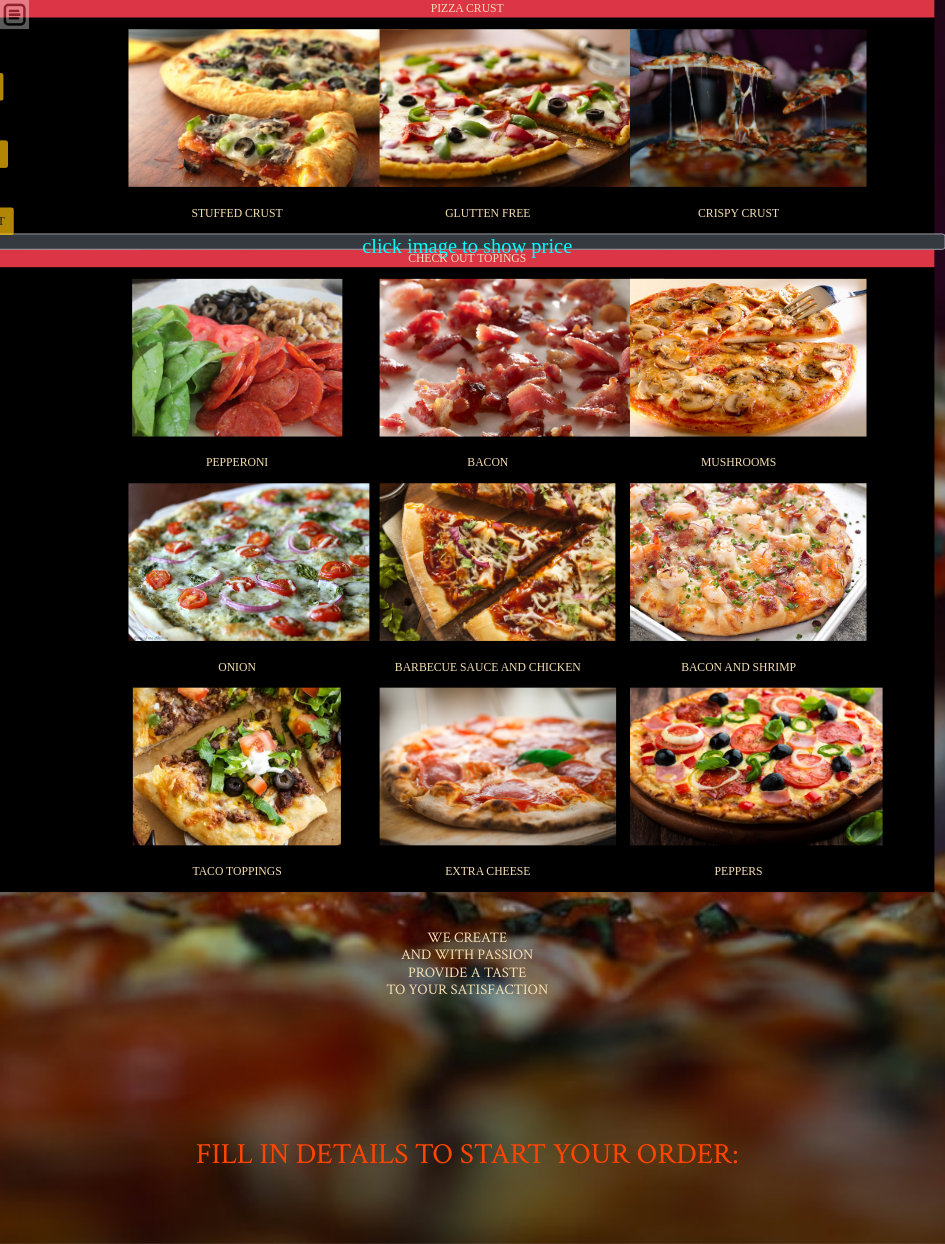
Repository: alexmwaura/MOREO--PIZZA-IP4
Page: mine.html
The author's editor kept a copy of each file at every save. The page is drawn from the files as they stood at one save, then again after a run of saves.
The browser window is 1280 px wide. The page is 1295 px wide, so the pictures cover 1295 px, including what lies to the right of the window. The pictures show the whole page, at 73% of full size.
Some web fonts or font styles are not loaded; a fallback is used.

Above is the page before, as saved 2019-09-01 14:29:06.

### mine.html
<!DOCTYPE html>
<html lang="en">

<head>
    <meta charset="UTF-8">
    <meta name="viewport" content="width=device-width, initial-scale=1.0">
    <meta http-equiv="X-UA-Compatible" content="ie=edge">

    <title> MOREO RESTAURANT</title>

    <link href="https://fonts.googleapis.com/css?family=Kaushan+Script&display=swap" rel="stylesheet">
    <link href="https://fonts.googleapis.com/css?family=Pacifico|Rancho&display=swap" rel="stylesheet">
    <link href="https://fonts.googleapis.com/css?family=Crimson+Text&display=swap" rel="stylesheet">

    <link rel="stylesheet" href="./CSS/bootstrap.css">
    <link rel="stylesheet" href="./CSS/styles.css">
    <script src="./SCRIPTS/jquery-3.4.1.js"></script>
    <script src="./SCRIPTS/scripts.js"></script>
</head>

<body>
    <nav>
        <a href="#" class="nav-toggle-btn bg-success"></a>
        <ul>
            <li><a href="./index.html" class="btn bg-warning" style="margin-left: -14%">HOME</a></li><br><br>
            <li><a href="#pizza" class="btn bg-warning" style="margin-left: -15%">ORDER</a></li><br><br>
            <li><a href="#nav" class="btn bg-warning" style="margin-left: -35%">CONTACT</a></li>
        </ul>
    </nav>

    <div class="content">


        <div class="address">
            <div class="">

                <div class="bg-danger" id="pizza-crust">
                    <p>PIZZA CRUST</p>

                </div>

                <div class="row">

                    &nbsp;&nbsp;&nbsp;&nbsp;&nbsp;&nbsp;&nbsp;&nbsp;&nbsp;&nbsp;&nbsp;&nbsp;&nbsp;&nbsp;&nbsp;&nbsp;&nbsp;&nbsp;&nbsp;&nbsp;&nbsp;&nbsp;&nbsp;&nbsp;&nbsp;&nbsp;&nbsp;&nbsp;&nbsp;&nbsp;&nbsp;&nbsp;&nbsp;&nbsp;&nbsp;&nbsp;&nbsp;&nbsp;&nbsp;&nbsp;&nbsp;&nbsp;&nbsp;&nbsp;

                    <div class="col-lg-3 col-md-3 col-sm-3">
                        <div id="work1">
                            <img src="./IMAGES/staffedcrust.jpg" alt="" class="img-fluid-1"><br><br>

                            <div class="overlay">
                                <div class="line">
                                    <p class="trial1">STUFFED CRUST</p>
                                    <p class="p1">
                                        <h5 class="p1"><strong> PRICE: <br>
                                            <em>SMALL; KSH 100</em><br>
                                            <em>MEDIUM; KSH 150</em><br>
                                            <em>LARGE; KSH 200</em>
                                        </strong></h5>
                                    </p>

                                </div>

                            </div>

                        </div>



                    </div>
                    &nbsp;&nbsp;&nbsp;&nbsp;

                    <div class="col-lg-3 col-md-3 col-sm-3">
                        <div id="work2">
                            <img src="./IMAGES/gluttenfree.jpg" alt="" class="img-fluid-2"><br><br>

                            <div class="overlay">
                                <div class="line">
                                    <p class="trial2">GLUTTEN FREE </p>


                                </div>

                            </div>

                        </div>

                    </div>

                    &nbsp;&nbsp;&nbsp;&nbsp;


                    <div class="col-lg-3 col-md-3 col-sm-3">
                        <div id="work3">
                            <img src="./IMAGES/1.jpeg" alt="" class="img-fluid-3 "><br><br>

                            <div class="overlay">
                                <div class="line">
                                    <p class="trial3">CRISPY CRUST</p>

                                </div>

                            </div>

                        </div>

                    </div>

                    <div class="form-control custom-range bg-dark">
                        <h3 style="color: aqua" style="font-size: 10vh"> click image to show price</h3>
                    </div>


                </div>

            </div>

        </div>



        <div class="dance">

            <div class="">

                <div class="bg-danger" id="pizza-toppings">
                    <p>CHECK OUT TOPINGS</p>

                </div>

                <div class="row">

                    &nbsp;&nbsp;&nbsp;&nbsp;&nbsp;&nbsp;&nbsp;&nbsp;&nbsp;&nbsp;&nbsp;&nbsp;&nbsp;&nbsp;&nbsp;&nbsp;&nbsp;&nbsp;&nbsp;&nbsp;&nbsp;&nbsp;&nbsp;&nbsp;&nbsp;&nbsp;&nbsp;&nbsp;&nbsp;&nbsp;&nbsp;&nbsp;&nbsp;&nbsp;&nbsp;&nbsp;&nbsp;&nbsp;&nbsp;&nbsp;&nbsp;&nbsp;&nbsp;&nbsp;

                    <div class="col-lg-3 col-md-3 col-sm-3">
                        <div id="work4">
                            <img src="./IMAGES/pepporoni.jpg" alt="" class="img-fluid-4"><br><br>

                            <div class="overlay">
                                <div class="line">
                                    <p class="trial4">PEPPERONI</p>

                                </div>

                            </div>

                        </div>

                    </div>




                    &nbsp;&nbsp;&nbsp;&nbsp;


                    <div class="col-lg-3 col-md-3 col-sm-3">
                        <div id="work5">
                            <img src="./IMAGES/bacon.jpg" alt="" class="img-fluid-5"><br><br>

                            <div class="overlay">
                                <div class="line">
                                    <p class="trial5">BACON </p>

                                </div>

                            </div>

                        </div>

                    </div>

                    &nbsp;&nbsp;&nbsp;&nbsp;


                    <div class="col-lg-3 col-md-3 col-sm-3">
                        <div id="work6">
                            <img src="./IMAGES/mushroom2.jpg" alt="" class="img-fluid-6"><br><br>

                            <div class="overlay">
                                <div class="line">
                                    <p class="trial6">MUSHROOMS</p>

                                </div>

                            </div>

                        </div>

                    </div>



                </div>

                <div class="row">

                    &nbsp;&nbsp;&nbsp;&nbsp;&nbsp;&nbsp;&nbsp;&nbsp;&nbsp;&nbsp;&nbsp;&nbsp;&nbsp;&nbsp;&nbsp;&nbsp;&nbsp;&nbsp;&nbsp;&nbsp;&nbsp;&nbsp;&nbsp;&nbsp;&nbsp;&nbsp;&nbsp;&nbsp;&nbsp;&nbsp;&nbsp;&nbsp;&nbsp;&nbsp;&nbsp;&nbsp;&nbsp;&nbsp;&nbsp;&nbsp;&nbsp;&nbsp;&nbsp;&nbsp;

                    <div class="col-lg-3 col-md-3 col-sm-3">
                        <div id="work7">
                            <img src="./IMAGES/onions.jpg" alt="" class="img-fluid-7"><br><br>

                            <div class="overlay">
                                <div class="line">
                                    <p class="trial4">ONION</p>

                                </div>

                            </div>

                        </div>

                    </div>




                    &nbsp;&nbsp;&nbsp;&nbsp;


                    <div class="col-lg-3 col-md-3 col-sm-3">
                        <div id="work8">
                            <img src="./IMAGES/barbecue.jpg" alt="" class="img-fluid-8"><br><br>

                            <div class="overlay">
                                <div class="line">
                                    <p class="trial5">BARBECUE SAUCE AND CHICKEN </p>

                                </div>

                            </div>

                        </div>

                    </div>

                    &nbsp;&nbsp;&nbsp;&nbsp;


                    <div class="col-lg-3 col-md-3 col-sm-3">
                        <div id="work9">
                            <img src="./IMAGES/shrimp.jpg" alt="" class="img-fluid-9"><br><br>

                            <div class="overlay">
                                <div class="line">
                                    <p class="trial6">BACON AND SHRIMP</p>

                                </div>

                            </div>

                        </div>

                    </div>



                </div>


                <div class="row">

                    &nbsp;&nbsp;&nbsp;&nbsp;&nbsp;&nbsp;&nbsp;&nbsp;&nbsp;&nbsp;&nbsp;&nbsp;&nbsp;&nbsp;&nbsp;&nbsp;&nbsp;&nbsp;&nbsp;&nbsp;&nbsp;&nbsp;&nbsp;&nbsp;&nbsp;&nbsp;&nbsp;&nbsp;&nbsp;&nbsp;&nbsp;&nbsp;&nbsp;&nbsp;&nbsp;&nbsp;&nbsp;&nbsp;&nbsp;&nbsp;&nbsp;&nbsp;&nbsp;&nbsp;

                    <div class="col-lg-3 col-md-3 col-sm-3">
                        <div id="work10">
                            <img src="./IMAGES/taco.jpg" alt="" class="img-fluid-10"><br><br>

                            <div class="overlay">
                                <div class="line">
                                    <p class="trial4">TACO TOPPINGS</p>

                                </div>

                            </div>

                        </div>

                    </div>




                    &nbsp;&nbsp;&nbsp;&nbsp;


                    <div class="col-lg-3 col-md-3 col-sm-3">
                        <div id="work11">
                            <img src="./IMAGES/cheese 2.jpg" alt="" class="img-fluid-11"><br><br>

                            <div class="overlay">
                                <div class="line">
                                    <p class="trial5">EXTRA CHEESE </p>

                                </div>

                            </div>

                        </div>

                    </div>

                    &nbsp;&nbsp;&nbsp;&nbsp;


                    <div class="col-lg-3 col-md-3 col-sm-3">
                        <div id="work12">
                            <img src="./IMAGES/pepper.jpg" alt="" class="img-fluid-12"><br><br>

                            <div class="overlay">
                                <div class="line">
                                    <p class="trial6">PEPPERS</p>

                                </div>

                            </div>

                        </div>

                    </div>



                </div>


            </div>





        </div>

        <div id="trial">


            <div id="pizza">
                <h2 class="pizza">WE CREATE <br>AND WITH PASSION <br> PROVIDE A TASTE <br> TO YOUR SATISFACTION</h2>
                <br><br>
                <h1>FILL IN DETAILS TO START YOUR ORDER:</h1>


            </div><br><br>



        </div>








    </div>
















</body>

### CSS/styles.css

body{
    background-image: url("../IMAGES/1.jpeg");
    background-repeat: no-repeat;
    background-size: cover;
    background-position: center;
    color: wheat;
    font-family: 'Pacifico', cursive;
    font-family: 'Rancho', cursive;
    margin: 0;
    padding: 0;

}
nav {
    position: fixed;
    z-index: 500;
    top: 0%;
    bottom: 0;
    width: 100px;
    background-image: url("../IMAGES/tukule.jpg");
    background-repeat: no-repeat;
    background-size: cover;
    background-position: center;
    transform: translate3d(-100px, 0, 0);
    transition: transform 0.4s ease;
    font-size: large;
    opacity: 0.7;
}
.active-nav nav{
    transform: translate3d(0, 0, 0)
}

nav ul {

    margin-top: 100px;
}
.nav-toggle-btn{

    position: absolute;
    left: 100px;
    width: 40px;
    height: 40px;
    background-image: url("../IMAGES/images.png");
    background-repeat: no-repeat;
    background-size: cover;
    background-position: center;
    top: 0;
    opacity: 0.5;
}
.content{
    padding: 0;
    margin: 0%;
    height: fit-content;
    text-align: center;
    text-align-last: fixed;
    transition: transform 0.4s ease;
}
.active-nav .content{
    transform: translate3d(200px, 0, 0);
}
.wcome{
    font-size: 100px;
}
.ret{
    font-size: 80px;
}
.home{

    position: absolute center;
    margin-top: -100px;
    padding: 0%;
}
h1{
    font-size: 40px;
    animation: bounce 3s infinite;
    color: orangered;
    margin-top: 10%;
    font-family: 'Crimson Text', serif;

}
@keyframes bounce {

    0%, 20%, 50%, 80%, 100%{
        transform: translateY(0);
    }
    40% {
        transform: translateY(-55px);
    }
    60% {
        transform: translateY(-45px);
    }

}
.to{
    font-size: 30px;
    animation: bounce 3s infinite;
    color: wheat;
    margin-top: -0.01%;
}
@keyframes bounce {

    0%, 20%, 50%, 80%, 100%{
        transform: translateY(0);
    }
    40% {
        transform: translateY(-55px);
    }
    60% {
        transform: translateY(-45px);
    }

}
.address{
    text-align: center;
    align-content: center;
    position: center;
    background: black;
    background-size: cover;
    background-position: center;

}
.dance{
    text-align: center;
    align-content: center;
    position: center;
    background: black;
    background-size: cover;
    background-position: center;

}
.img-fluid-1{
    height: 30vh;
    justify-content: space-around;

}
.img-fluid-2{
    height: 30vh;

}
.img-fluid-3{
    height: 30vh;

}
.img-fluid-4{
    height: 30vh;

}
.img-fluid-5{
    height: 30vh;

}
.img-fluid-6{
    height: 30vh;

}
.img-fluid-7{
    height: 30vh;

}
.img-fluid-8{
    height: 30vh;

}
.img-fluid-9{
    height: 30vh;

}
.img-fluid-10{
    height: 30vh;

}
.img-fluid-11{
    height: 30vh;

}
.img-fluid-12{
    height: 30vh;

}
.pizza{
    margin-top: 10px;
    font-family: 'Crimson Text', serif;
    font-size: 20PX;
}
#pizza{
    padding-top: 0%;
    margin: 0%;
    justify-content: flex-end;
}
#trial{
    padding-top: 40px;
    font-size: x-large;
}

/* #work1:hover img {
    transform: scale(0.5) ;
    transition: all 50s ease;
} */

#work2:hover img {
    transform: scale(1.2) ;
    transition: all 2s ease;
}
#work3:hover img {
    transform: scale(1.2) ;
    transition: all 2s ease;
}
#work4:hover img {
    transform: scale(1.2) ;
    transition: all 2s ease;
}

#work5:hover img {
    transform: scale(1.2) ;
    transition: all 2s ease;
}
#work6:hover img {
    transform: scale(1.2) ;
    transition: all 2s ease;
}
#work7:hover img {
    transform: scale(1.2) ;
    transition: all 2s ease;
}
#work8:hover img {
    transform: scale(1.2) ;
    transition: all 2s ease;
}
#work9:hover img {
    transform: scale(1.2) ;
    transition: all 2s ease;
}
#work10:hover img {
    transform: scale(1.2) ;
    transition: all 2s ease;
}
#work11:hover img {
    transform: scale(1.2) ;
    transition: all 2s ease;
}
#work12:hover img {
    transform: scale(1.2) ;
    transition: all 2s ease;
}
.p1{
    display: none;
}

### SCRIPTS/scripts.js
$(function () {
    var bodyEl = $('body'),
        navToggleBtn = bodyEl.find('.nav-toggle-btn');

    navToggleBtn.on('click', function () {
        bodyEl.toggleClass('active-nav');

        event.preventDefault();
    });
});
$(document).ready(function () {
    $("#work1").click(function () {
        $(".img-fluid-1").toggle(1000);
        $(".p1").toggle(1000);


    });
    // $("#development").click(function () {
    //     $(".img2").toggle(1000);
    //     $(".p2").toggle(1000);
    // });
    // $("#productmanagement").click(function () {
    //     $(".img3").toggle(1000);
    //     $(".p3").toggle(1000);
    // });

});

Loaded but not shown: CSS/bootstrap.css (library); SCRIPTS/jquery-3.4.1.js (library)

After the next 2 saves:
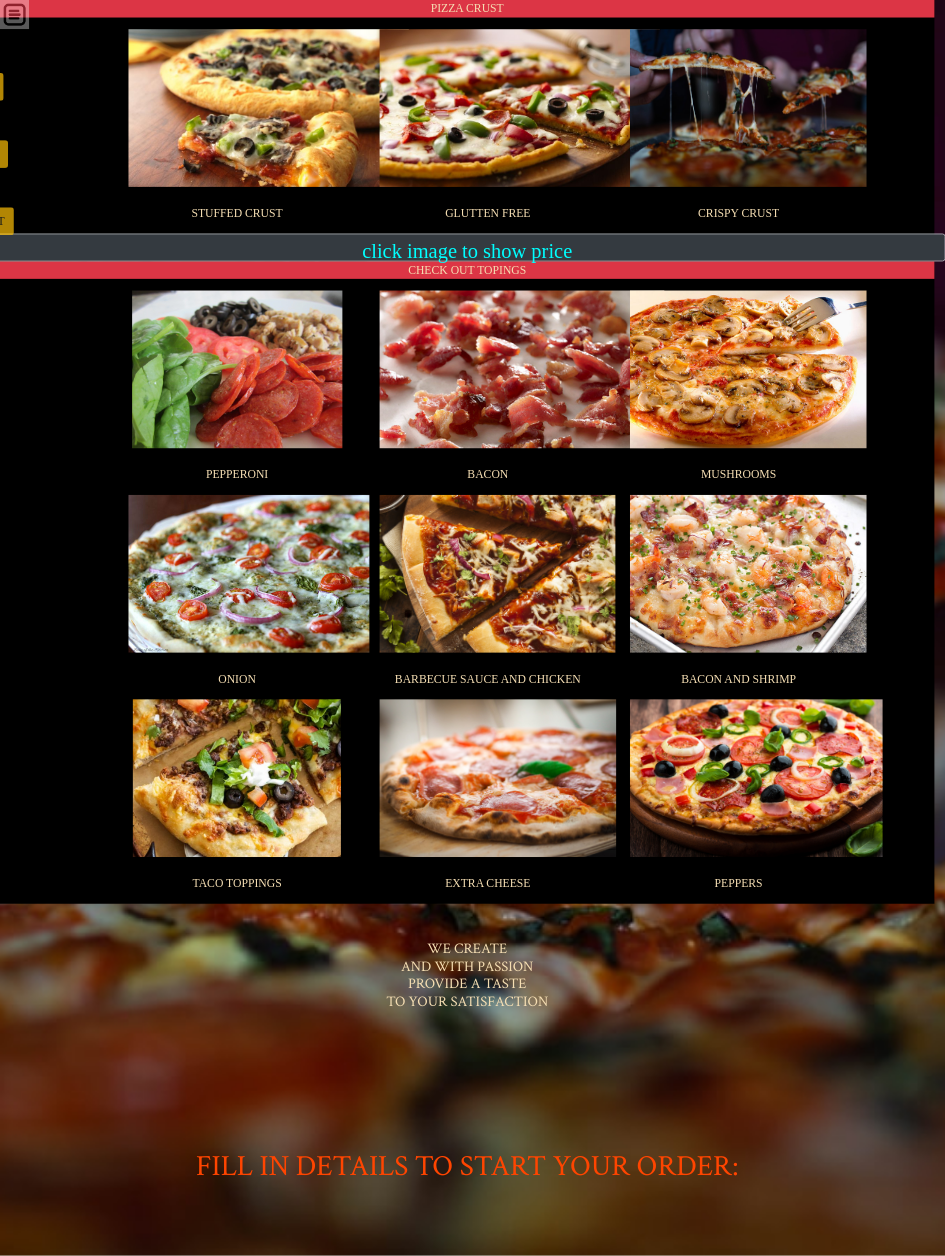
The 2 saves are shown as one change because they came seconds apart.
The last was saved 36 s later.
--- a/mine.html
+++ b/mine.html
@@ -105,7 +105,7 @@
 
                     </div>
 
-                    <div class="form-control custom-range bg-dark">
+                    <div class="form-control bg-dark">
                         <h3 style="color: aqua" style="font-size: 10vh"> click image to show price</h3>
                     </div>
 
